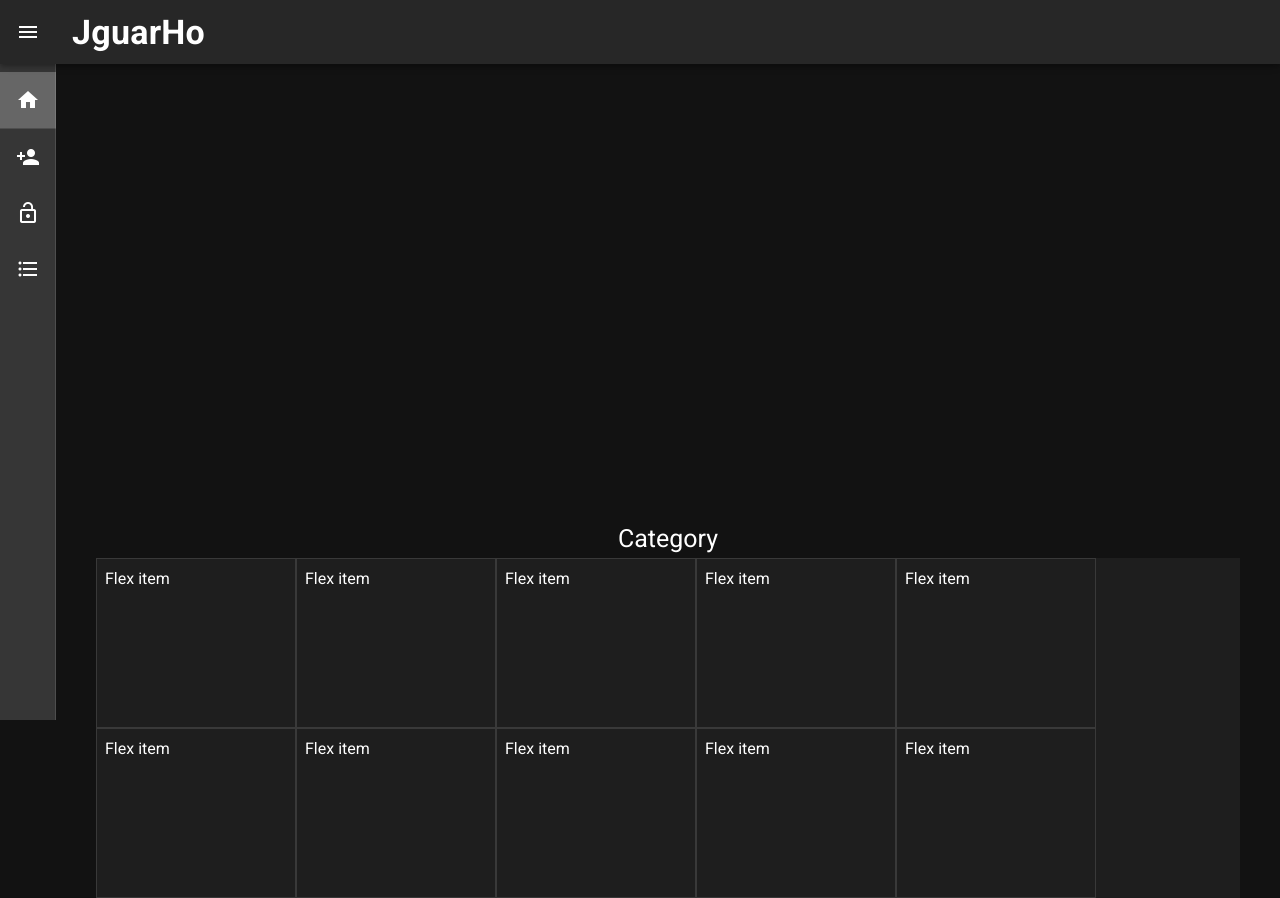
Repository: agent501/MRMS
Page: /
These files come from the project's save history. The page is drawn as it stood at one moment and after the next save; the edit follows.
The browser window is 1280 px wide. The pictures show the whole page.
The page's requests for data from a server got no answer. The project was rebuilt for these pictures with package versions that can differ from the ones it lists, and the page was loaded fresh each time. No one was signed in, and anything a server would have sent is missing. Also part of the build but not shown: vue.config.js, src/components/Product/products.vue, src/components/Product/product.vue, src/components/Product/createproduct.vue, src/components/User/signin.vue, src/components/User/signup.vue, src/components/User/profile.vue, src/components/Shared/Alert.vue and 2 more. Imported but missing from the stored project, and not drawn on this page: src/router/auth-guard.js.

Above is the page before, as saved 2020-08-05 11:29:15.

### src/main.js
import Vue from 'vue';
import App from './App.vue';
import router from './router';
import { store } from './store';
import alert from './components/Shared/Alert.vue';
import vuetify from './plugins/vuetify';
import { fb } from './components/firebase/firebase.js';
import * as firebase from 'firebase';
import editproductdiaglog from './components/Product/Edit/editproductdialog.vue';
import editprogressbar from './components/Product/Edit/editprogressbar.vue';

Vue.component('app-alert', alert);
Vue.component('app-edit-product', editproductdiaglog);
Vue.component('app-edit-progress', editprogressbar);

Vue.config.productionTip = false;

new Vue({
  router,
  store,
  vuetify,
  render: (h) => h(App),
  created() {
    fb;
    firebase.auth().onAuthStateChanged((user) => {
      if (user) {
        this.$store.dispatch('autosignin', user);
      }
    });
    this.$store.dispatch('loadProducts');
  },
}).$mount('#app');

### src/App.vue
<template>
  <v-app>
    <v-navigation-drawer v-model="drawer" :mini-variant.sync="mini" app clipped dense permanent>
      <v-list>
        <v-list-item to="/">
          <v-list-item-icon>
            <v-icon medium>home</v-icon>
          </v-list-item-icon>

          <v-list-item-content>
            <v-list-item-title>Home</v-list-item-title>
          </v-list-item-content>
        </v-list-item>

        <v-divider></v-divider>
        <v-list-item v-for="item in menuItems" :key="item.title" router :to="item.link">
          <v-list-item-icon>
            <v-icon medium>{{ item.icon }}</v-icon>
          </v-list-item-icon>

          <v-list-item-content>
            <v-list-item-title>{{ item.text }}</v-list-item-title>
          </v-list-item-content>
        </v-list-item>
        <v-list-item v-if="userIsAuthenticated || adminIsAuthenticated" @click="onLogout">
          <v-list-item-icon>
            <v-icon>exit_to_app</v-icon>
          </v-list-item-icon>
          <v-list-item-content>Logout</v-list-item-content>
        </v-list-item>
      </v-list>
    </v-navigation-drawer>

    <v-app-bar app clipped-left>
      <v-app-bar-nav-icon @click.stop="mini=!mini"></v-app-bar-nav-icon>
      <v-toolbar-title class="font-weight-bold display-1">
        <router-link to="/" tag="span" style="cursor:pointer">JguarHo</router-link>
      </v-toolbar-title>
    </v-app-bar>

    <!-- Page Content -->
    <v-content>
      <router-view></router-view>
    </v-content>

    <!-- <v-footer>
      <span>JguarHo &copy; Copyright Reserved</span>
    </v-footer>-->
  </v-app>
</template>

<script>
// import HelloWorld from './components/HelloWorld';

export default {
  name: 'App',

  components: {
    // HelloWorld,
  },
  props: {
    source: String
  },
  data: () => ({
    mini: true,
    drawer: true
    // items: [
    //   { icon: 'lock_open', text: 'Sign In', link: '/signin' },
    //   { icon: 'home', text: 'Home', link: '/' },
    //   { icon: 'list', text: 'All Products', link: '/products' },
    //   { icon: 'help_outline', text: 'About Us', link: '' }
    // ]
  }),
  computed: {
    menuItems() {
      let items = [
        { icon: 'person_add', text: 'Sign Up', link: '/signup' },
        { icon: 'lock_open', text: 'Sign In', link: '/signin' },

        {
          icon: 'format_list_bulleted',
          text: 'All Products',
          link: '/products'
        }
        // { icon: 'person', text: 'About Us', link: '' }
      ];
      if (this.adminIsAuthenticated) {
        items = [
          {
            icon: 'create_new_folder',
            text: 'Create Product',
            link: '/createproduct'
          },
          {
            icon: 'format_list_bulleted',
            text: 'All Products',
            link: '/products'
          },
          {
            icon: 'person',
            text: 'Profile',
            link: '/profile/' + this.adminIsAuthenticated.id
          }
        ];
      } else if (this.userIsAuthenticated) {
        items = [
          {
            icon: 'format_list_bulleted',
            text: 'All Products',
            link: '/products'
          },
          {
            icon: 'person',
            text: 'Profile',
            link: '/profile/' + this.userIsAuthenticated.id
          }
        ];
      }
      return items;
    },
    adminIsAuthenticated() {
      return (
        this.$store.getters.user !== null &&
        this.$store.getters.user !== undefined &&
        this.$store.getters.user.id === 'ktQMfIIbLQRTlySJDVzU9JbCF293' &&
        this.$store.getters.user
      );
    },
    userIsAuthenticated() {
      return (
        this.$store.getters.user !== null &&
        this.$store.getters.user !== undefined &&
        this.$store.getters.user
      );
    }
  },
  created() {
    this.$vuetify.theme.dark = true;
  },
  methods: {
    onLogout() {
      this.$store.dispatch('logout');
      this.$router.push('/');
    }
  }
};
</script>

### src/router/index.js
import Vue from 'vue';
import VueRouter from 'vue-router';
import home from '../components/Home.vue';
import products from '../components/Product/products.vue';
import product from '../components/Product/product.vue';
import createproduct from '../components/Product/createproduct.vue';
import signin from '../components/User/signin.vue';
import signup from '../components/User/signup.vue';
import profile from '../components/User/profile.vue';
import AuthGuard from '../router/auth-guard.js';

Vue.use(VueRouter);

export default new VueRouter({
  mode: 'history',
  routes: [
    { path: '/', name: 'home', component: home },
    { path: '/products', name: 'products', component: products },
    {
      path: '/createproduct',
      name: 'createproduct',
      component: createproduct,
      beforeEnter: AuthGuard,
    },
    { path: '/signin', name: 'signin', component: signin },
    { path: '/signup', name: 'signup', component: signup },
    {
      path: '/profile/:id',
      name: 'profile',
      component: profile,
      beforeEnter: AuthGuard,
    },
    {
      path: '/products/:id',
      name: 'product',
      props: true,
      component: product,
    },
  ],
});

### src/store/index.js
import Vue from 'vue';
import Vuex from 'vuex';

import product from './product';
import user from './user';
import shared from './shared';

Vue.use(Vuex);

export const store = new Vuex.Store({
  modules: {
    product: product,
    user: user,
    shared: shared,
  },
});

### src/plugins/vuetify.js
import Vue from 'vue';
import Vuetify from 'vuetify/lib';
import '@mdi/font/css/materialdesignicons.css'; //
import 'material-design-icons-iconfont/dist/material-design-icons.css';

Vue.use(Vuetify);

export default new Vuetify({
  icons: {
    iconfont: 'mdi',
  },
});

### src/components/firebase/firebase.js
import firebase from 'firebase/app';
import 'firebase/firestore';
import 'firebase/storage';

var firebaseConfig = {
  apiKey: 'AIzaSyBJdvJyA-ac-dO3JYy-4WKY7wIkma-Y1fI',
  authDomain: 'mrms-2ae69.firebaseapp.com',
  databaseURL: 'https://mrms-2ae69.firebaseio.com',
  projectId: 'mrms-2ae69',
  storageBucket: 'mrms-2ae69.appspot.com',
  messagingSenderId: '287673096935',
  appId: '1:287673096935:web:7f7f75dea0b5657353e042',
  measurementId: 'G-EKPLN37GXX',
};

export const fb = firebase.initializeApp(firebaseConfig);

### src/components/Home.vue
<template>
  <div class="mx-10" style="max-width:1800px">
    <v-layout>
      <v-flex xs12 class="text-xs-center" v-if="!loading">
        <v-progress-circular
          indeterminate
          class="primary--text"
          :width="7"
          :size="70"
          v-if="loading"
        ></v-progress-circular>
      </v-flex>
    </v-layout>

    <v-carousel
      cycle
      class="mt-4"
      height="400"
      hide-delimiters
      show-arrows-on-hover
      width="100%"
      style="cursor:pointer"
    >
      <v-carousel-item
        v-for="product in products"
        :key="product.id"
        @click="onLoadProduct(product.id)"
      >
        <div class="text-right">
          <span class="title">{{ product.name }}</span>
        </div>
        <img :src="product.featureimage" style="height: 100%; width: 100%; object-fit: contain" />
      </v-carousel-item>
    </v-carousel>

    <div>
      <div class="mt-10 text-center" style="font-size:25px">Category</div>

      <v-card class="d-flex flex-wrap mx-auto" width="1200" flat tile>
        <v-card
          v-for="n in 10"
          :key="n"
          class="pa-2"
          width="200"
          height="170"
          outlined
          tile
        >Flex item</v-card>
      </v-card>
    </div>
  </div>
</template>

<script>
export default {
  // data: () => ({
  //   images: [
  //     {
  //       src: 'https://cdn.vuetifyjs.com/images/carousel/squirrel.jpg',
  //       title: 'image1asdasdasdsadasdasdsadasdasd',
  //       id: 'asdad123'
  //     },
  //     {
  //       src: 'https://cdn.vuetifyjs.com/images/carousel/sky.jpg',
  //       title: 'image2',
  //       id: 'asdasd1223'
  //     },
  //     {
  //       src: 'https://cdn.vuetifyjs.com/images/carousel/bird.jpg',
  //       title: 'image3',
  //       id: 'asdad13223'
  //     },
  //     {
  //       src: 'https://cdn.vuetifyjs.com/images/carousel/planet.jpg',
  //       title: 'image4',
  //       id: 'asdaasd1123'
  //     }
  //   ]
  // }),
  computed: {
    products() {
      return this.$store.getters.featuredProducts;
    },
    loading() {
      return this.$store.getters.loading;
    },
  },
  methods: {
    onLoadProduct(id) {
      this.$router.push('/products/' + id);
    },
  },
};
</script>

<style scoped>
.title {
  background-color: rgba(235, 235, 235, 0.897);
  color: black;

  padding: 10px 30px;
}
</style>

### src/store/product/index.js
import * as firebase from 'firebase';

export default {
  state: {
    loadedProducts: [],
  },
  mutations: {
    createProduct(state, payload) {
      state.loadedProducts.push(payload);
    },
    setLoadedProducts(state, payload) {
      state.loadedProducts = payload;
    },
    updateProduct(state, payload) {
      const product = state.loadedProducts.find((product) => {
        return product.id === payload.id;
      });
      if (payload.name) {
        product.name = payload.name;
      }
      if (payload.description) {
        product.description = payload.description;
      }
      if (payload.earningperunit) {
        product.earningperunit = payload.earningperunit;
      }
      if (payload.investmentperunit) {
        product.investmentperunit = payload.investmentperunit;
      }
    },
    updateProgress(state, payload) {
      const product = state.loadedProducts.find((product) => {
        return product.id === payload.id;
      });
      if (payload.productprogressbar) {
        product.productprogressbar = payload.productprogressbar;
      }
    },
    deleteProduct(state, payload) {
      const registeredProducts = state.loadedProducts;
      registeredProducts.splice(
        registeredProducts.findIndex((product) => product.id === payload),
        1
      );
      // Reflect.deleteProperty(state.user.fbKeys,payload)
    },
  },
  actions: {
    loadProducts({ commit }) {
      commit('setLoading', true);
      firebase
        .database()
        .ref('products')
        .once('value')
        .then((data) => {
          const products = [];
          const obj = data.val();
          for (let key in obj) {
            products.push({
              id: key,
              name: obj[key].name,
              description: obj[key].description,
              investmentperunit: obj[key].investmentperunit,
              earningperunit: obj[key].earningperunit,
              creatorId: obj[key].creatorId,
              productimage: obj[key].productimage,
              productprogressbar: obj[key].productprogressbar,
              featureimage: obj[key].productimage[0],
            });
          }
          commit('setLoadedProducts', products);
          commit('setLoading', false);
        })
        .catch((error) => {
          console.log(error);
          commit('setLoading', true);
        });
    },
    deleteProduct({ commit }, payload) {
      const productId = payload;
      console.log(productId);
      firebase
        .database()
        .ref('products')
        .child(productId)
        .remove()
        .then(function () {
          // File deleted successfully

          console.log('success');
        })
        .catch(function (error) {
          // Uh-oh, an error occurred!
          console.log(error);
        });
      commit('deleteProduct', payload);
    },
    createProduct({ commit, getters }, payload) {
      const product = {
        name: payload.name,
        description: payload.description,
        investmentperunit: payload.investmentperunit,
        earningperunit: payload.earningperunit,
        productimage: payload.productimage,
        productprogressbar: payload.productprogressbar,
        creatorId: getters.user.id,
      };
      let key;
      firebase
        .database()
        .ref('products')
        .push(product)
        .then((data) => {
          //specific product id
          key = data.key;
          commit('createProduct', { ...product, id: key });
          // return key
        });
    },
    updateproductdata({ commit }, payload) {
      commit('loading', true);
      const updateObj = {};
      if (payload.name) {
        updateObj.name = payload.name;
      }
      if (payload.desscription) {
        updateObj.description = payload.desscription;
      }
      if (payload.earningperunit) {
        updateObj.earningperunit = payload.earningperunit;
      }
      if (payload.investmentperunit) {
        updateObj.investmentperunit = payload.investmentperunit;
      }
      firebase
        .database()
        .ref('products')
        .child(payload.id)
        .update(updateObj)
        .then(() => {
          commit('setLoading', false);
          commit('updateProduct', payload);
        })
        .catch((error) => {
          console.log(error);
          commit('setLoading', false);
        });
    },
    updateprogressdata({ commit }, payload) {
      commit('loading', true);
      const updateObj = {};
      if (payload.productprogressbar) {
        updateObj.productprogressbar = payload.productprogressbar;
      }

      firebase
        .database()
        .ref('products')
        .child(payload.id)
        .update(updateObj)
        .then(() => {
          commit('setLoading', false);
          commit('updateProgress', payload);
        })
        .catch((error) => {
          console.log(error);
          commit('setLoading', false);
        });
    },
  },
  getters: {
    loadedProducts(state) {
      return state.loadedProducts.sort((productA, productB) => {
        return productA.date > productB.date;
      });
    },
    featuredProducts(state, getters) {
      return getters.loadedProducts.slice(0, 5);
    },
    loadedProduct(state) {
      return (productId) => {
        return state.loadedProducts.find((product) => {
          return product.id === productId;
        });
      };
    },
  },
  modules: {},
};

### src/store/user/index.js
import * as firebase from 'firebase';

export default {
  state: {
    user: null,
    profile: [],
  },
  mutations: {
    setUser(state, payload) {
      state.user = payload;
    },
    setLoadedProfile(state, payload) {
      state.profile = payload;
    },
    updateProfile(state, payload) {
      const profile = state.profile;

      if (payload.name) {
        profile.name = payload.name;
      }
      if (payload.email) {
        profile.email = payload.email;
      }
      if (payload.icnumber) {
        profile.icnumber = payload.icnumber;
      }
      if (payload.phonenumber) {
        profile.phonenumber = payload.phonenumber;
      }
      if (payload.ssmimage) {
        profile.ssmimage = payload.ssmimage;
      }
    },
  },
  actions: {
    signUp({ commit }, payload) {
      // perform the mutation set loading because no matter user success sign up or not it will always display loading
      commit('setLoading', true);
      commit('clearError');
      firebase
        .auth()
        // passing the email and password fetch from the signup page and send to the firebasenpm
        .createUserWithEmailAndPassword(payload.email, payload.password)
        //if success, get the unique id from the firebase and set it on the format that is same as state
        .then((response) => {
          // set loading in the state back to false because is already succeed
          commit('setLoading', false);

          const newUser = {
            userid: response.user.uid,
            registeredProducts: [],
            fbKeys: {},
            email: payload.email,
            phonenumber: payload.phonenumber,
            icnumber: payload.icnumber,
            name: payload.name,
            ssmimage: payload.image,
          };
          let key;
          firebase
            .database()
            .ref('profiles')
            .push(newUser)
            .then((data) => {
              //specific product id
              key = data.userid;
              commit('createProfile', { ...newUser, id: key });
              // return key
            });

          commit('setUser', newUser);
        })
        // if got error
        .catch((error) => {
          // set loading in the state back to false because there's a error occur
          commit('setLoading', false);
          // perform the mutation of setError to display the error
          commit('setError', error);
          console.log(error);
        });
    },
    logIn({ commit }, payload) {
      // perform the mutation set loading because no matter user success sign in or not it will always display loading
      commit('setLoading', true);
      commit('clearError');
      firebase
        .auth()
        // sending the user email and password to the firebase for matchmaking in order to login
        .signInWithEmailAndPassword(payload.email, payload.password)
        .then((response) => {
          // set loading in the state back to false because is already succeed
          commit('setLoading', false);

          const newUser = {
            id: response.user.uid,
            registeredProducts: [],
            fbKeys: {},
          };

          firebase
            .database()
            .ref('profiles')
            .orderByChild('userid')
            .equalTo(newUser.id)
            .once('value')
            .then((data) => {
              const profile = [];
              const obj = data.val();
              for (let key in obj) {
                profile.push({
                  id: key,
                  name: obj[key].name,
                  email: obj[key].email,
                  icnumber: obj[key].icnumber,
                  phonenumber: obj[key].phonenumber,
                  userid: obj[key].userid,
                  ssmimage: obj[key].ssmimage,
                });
              }
              console.log(profile);
              commit('setLoadedProfile', profile);

              commit('setLoading', false);
            })
            .catch((error) => {
              console.log(error);
              commit('setLoading', true);
            });

          commit('setUser', newUser);
        }) // if got error
        .catch((error) => {
          // set loading in the state back to false because there's a error occur
          commit('setLoading', false);
          // perform the mutation of setError to display the error
          commit('setError', error);
          console.log(error);
        });
    },
    autosignin({ commit }, payload) {
      commit('setUser', { id: payload.uid, registeredProducts: [] });
    },
    logout({ commit }) {
      firebase.auth().signOut();
      commit('setUser', null);
    },
    updatePassword(payload) {
      var user = firebase.auth().currentUser;
      var updatepassword = payload.newpassword;
      var credential = firebase.auth.EmailAuthProvider.credential(
        payload.email,
        payload.currentpassword
      );

      user
        .reauthenticate(credential)
        .then(() => {
          user
            .updatePassword(updatepassword)
            .then(() => {
              this.dialog = true;
              console.log('update complete');
              if (this.dialog === false) {
                this.$router.push('/');
              }
            })
            .catch((error) => {
              console.log(error);
            });
        })
        .catch((error) => {
          console.log(error);
        });
    },
    updateProfileData({ commit }, payload) {
      commit('loading', true);
      const updateObj = {};
      if (payload.name) {
        updateObj.name = payload.name;
      }
      if (payload.email) {
        updateObj.email = payload.email;
      }
      if (payload.icnumber) {
        updateObj.icnumber = payload.icnumber;
      }
      if (payload.phonenumber) {
        updateObj.phonenumber = payload.phonenumber;
      }
      if (payload.ssmimage) {
        updateObj.ssmimage = payload.ssmimage;
      }
      firebase
        .database()
        .ref('profiles')
        .child(payload.id)
        .update(updateObj)
        .then(() => {
          commit('setLoading', false);
          commit('updateProfile', payload);
        })
        .catch((error) => {
          console.log(error);
          commit('setLoading', false);
        });
    },
  },
  getters: {
    user(state) {
      return state.user;
    },
  },
};

### src/store/shared/index.js
export default {
  state: {
    loading: false,
    error: null,
  },
  mutations: {
    setLoading(state, payload) {
      state.loading = payload;
    },
    // change the of status error in state
    setError(state, payload) {
      state.error = payload;
    },
    // change the status of error back to null
    clearError(state) {
      state.error = null;
    },
  },
  actions: {
    clearError({ commit }) {
      commit('clearError');
    },
  },
  getters: {
    error(state) {
      return state.error;
    },
    loading(state) {
      return state.loading;
    },
  },
};

Loaded but not shown: public/index.html (common file)

After the next save:
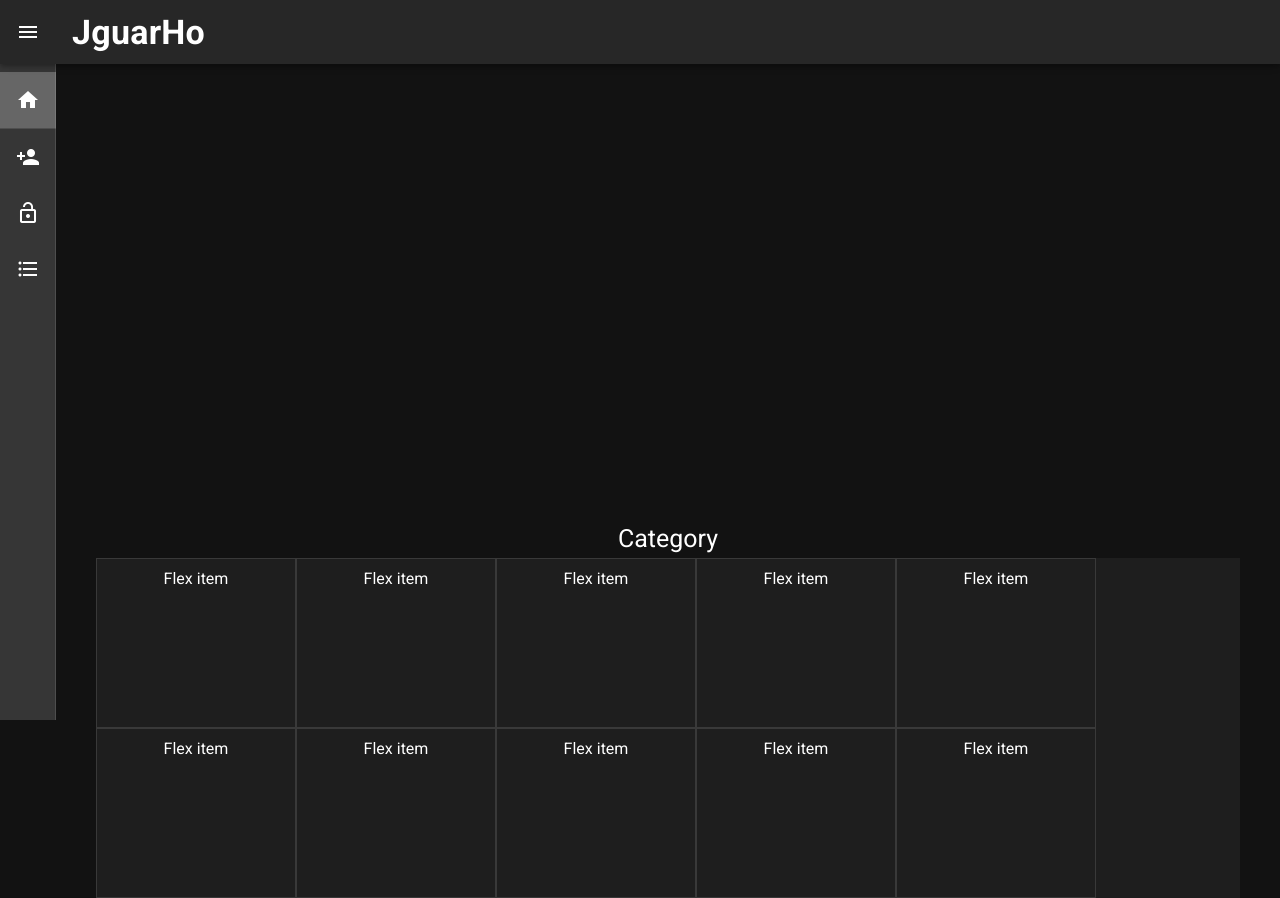
Saved 12 s later.
--- a/src/components/Home.vue
+++ b/src/components/Home.vue
@@ -36,7 +36,7 @@
     <div>
       <div class="mt-10 text-center" style="font-size:25px">Category</div>
 
-      <v-card class="d-flex flex-wrap mx-auto" width="1200" flat tile>
+      <v-card class="d-flex flex-wrap mx-auto text-center" width="1200" flat tile>
         <v-card
           v-for="n in 10"
           :key="n"
